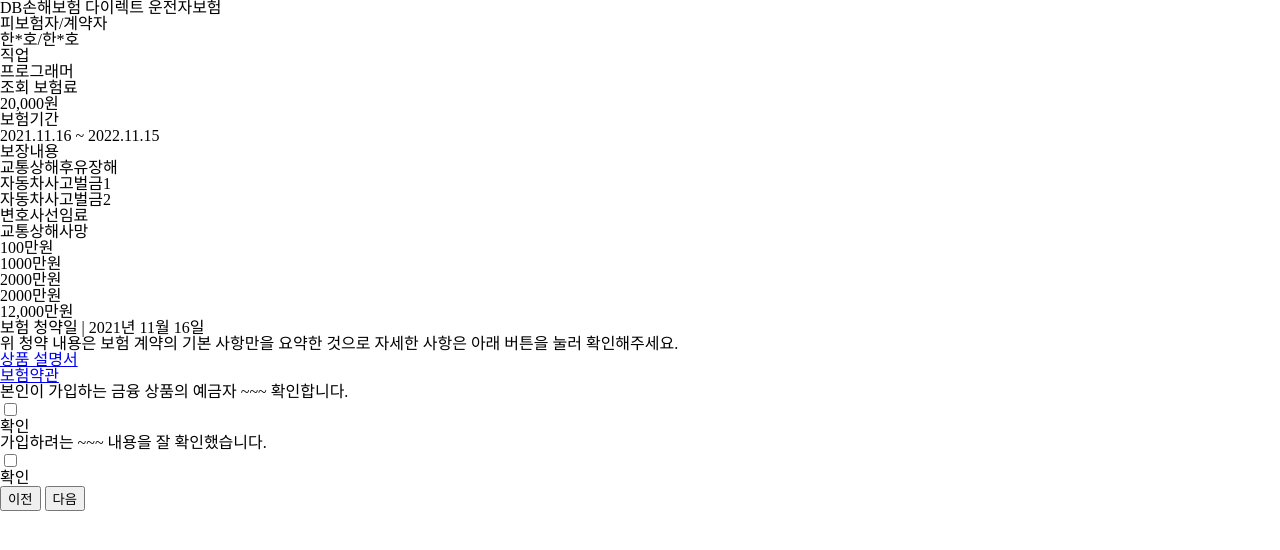
Repository: minho0324/directInsurance
Page: http://localhost/directClone/direct/details2
An editor plug-in stored every save of this project. The page is shown before and after a run of saves, followed by the edit.
The browser window is 1280 px wide. The pictures show the whole page.
The page is served by Tomcat 9.

Above is the page before, as saved 2021-11-18 04:44:32.
Console error: SyntaxError: Unexpected end of input

After the next 2 saves:
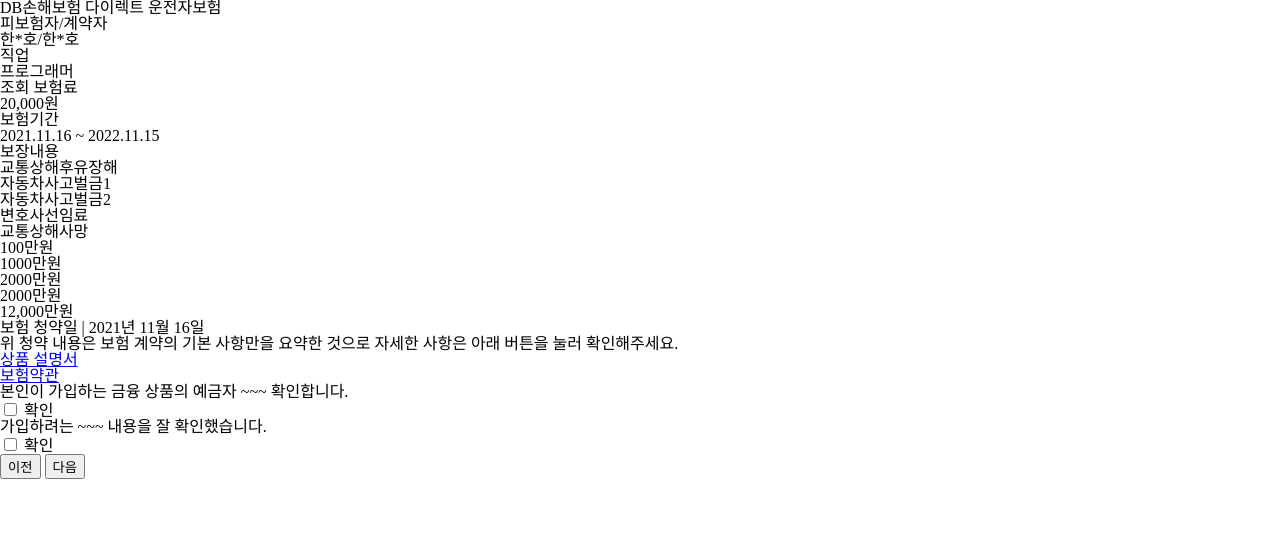
The 2 saves are shown as one change because they came seconds apart.
The last was saved 18 s later.
--- a/directClone/src/main/webapp/WEB-INF/views/details2.jsp
+++ b/directClone/src/main/webapp/WEB-INF/views/details2.jsp
@@ -116,13 +116,15 @@
 							<li>본인이 가입하는 금융 상품의 예금자 ~~~ 확인합니다.</li>
 						</ul>
 						<label for="termChk1">
-							<input type="checkbox" name="termChk1" value="Y"><p>확인</p>
+							<input type="checkbox" name="termChk1" value="Y">
+							확인
 						</label>
 						<ul>
 							<li>가입하려는 ~~~ 내용을 잘 확인했습니다.</li>
 						</ul>
 						<label for="termChk1">
-							<input type="checkbox" name="termChk1" value="Y"><p>확인</p>
+							<input type="checkbox" name="termChk1" value="Y">
+							확인
 						</label>
 					</div>
 				</div>
